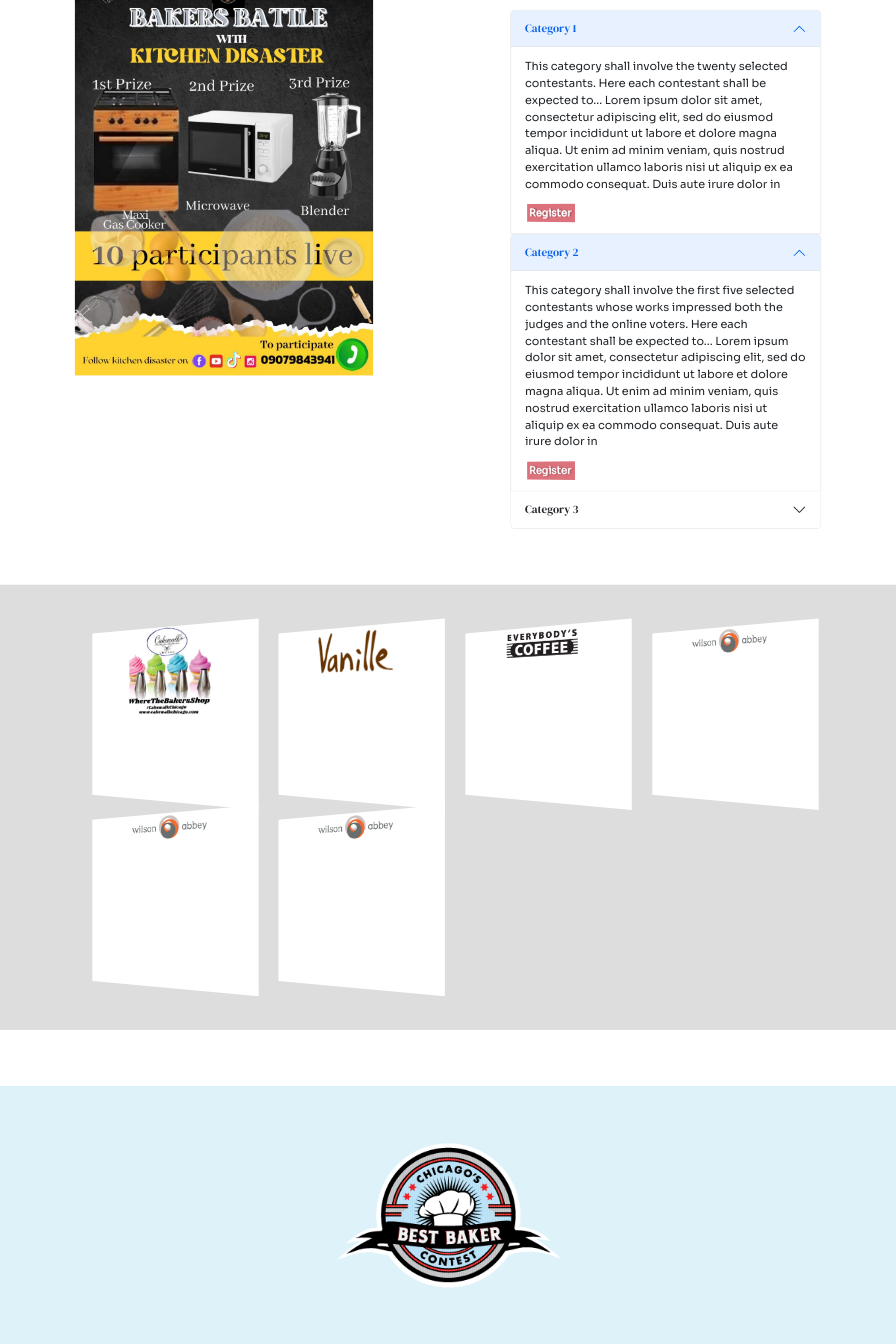
Repository: sarahnnanyelugo/bakers-battle
Page: /
These files come from the project's save history. The page is drawn as it stood at one moment and after the next save; the edit follows.
The browser window is 1280 px wide. The pictures show the part of the page from y = 2176 to 4096 px (the page is 4096 px tall), at 70% of full size.
The project was rebuilt for these pictures with package versions that can differ from the ones it lists, and the page was loaded fresh each time. Also part of the build but not shown: src/components/ScreenSlide/slide.scss, src/components/ScreenSlide/ScreenSlide.js.

Above is the page before, as saved 2024-07-08 23:34:33.

### src/App.js
import logo from "./logo.svg";
import "./App.scss";
import "bootstrap/dist/css/bootstrap.min.css";
import { BrowserRouter, Routes, Route, Link, Outlet } from "react-router-dom";
import { Home } from "./pages/Home/Home";
import { Navbar } from "./components/Navbar/Navbar";
import { Footer } from "./components/Footer/Footer";
function App() {
  return (
    <>
      <Navbar />
      <Routes>
        <Route path="/" element={<Home />} />{" "}
      </Routes>
      <Footer />
    </>
  );
}

export default App;

### src/App.scss
.app-btn {
  color: #fff;
  background: #dc727c;
  padding: 5px 30px;
  border-radius: 10px;
  border: solid 4px #dc727c;
  font-size: 30px;
  &:hover {
    color: #dc727c;
    background: #fff;
    transition: 0.5s ease;
  }
}

.button-92 {
  --c: #fff;

  background: linear-gradient(90deg, #0000 33%, #fff5, #0000 67%)
      var(--_p, 100%) / 300% no-repeat,
    #dc727c;

  color: #0000;
  border: none;
  transform: perspective(500px) rotateY(calc(20deg * var(--_i, -1)));
  text-shadow: calc(var(--_i, -1) * 0.08em) -0.01em 0 var(--c),
    calc(var(--_i, -1) * -0.08em) 0.01em 2px #0004;
  outline-offset: 0.1em;
  transition: 0.3s;
}

.button-92:hover,
.button-92:focus-visible {
  --_p: 0%;
  --_i: 1;
}

.button-92:active {
  text-shadow: none;
  color: var(--c);
  box-shadow: inset 0 0 9e9Q #0005;
  transition: 0s;
}

.button-92 {
  font-weight: bold;
  font-size: 2rem;
  margin: 0;
  cursor: pointer;
  padding: 0.1em 0.3em;
}

.button-48 {
  appearance: none;
  background-color: #ffffff;
  border-width: 0;
  box-sizing: border-box;
  color: #000000;
  cursor: pointer;
  display: inline-block;
  font-size: 14px;
  font-weight: 500;
  letter-spacing: 0;
  line-height: 1em;
  margin: 0;
  opacity: 1;
  outline: 0;
  padding: 1.5em 4px;
  position: relative;
  text-align: center;
  text-decoration: none;
  text-rendering: geometricprecision;
  text-transform: uppercase;
  transition: opacity 300ms cubic-bezier(0.694, 0, 0.335, 1),
    background-color 100ms cubic-bezier(0.694, 0, 0.335, 1),
    color 100ms cubic-bezier(0.694, 0, 0.335, 1);
  user-select: none;
  -webkit-user-select: none;
  touch-action: manipulation;
  vertical-align: baseline;
  white-space: nowrap;
}

.button-48:before {
  animation: opacityFallbackOut 0.5s step-end forwards;
  backface-visibility: hidden;
  background-color: #ebebeb;
  clip-path: polygon(-1% 0, 0 0, -25% 100%, -1% 100%);
  content: "";
  height: 100%;
  left: 0;
  position: absolute;
  top: 0;
  transform: translateZ(0);
  transition: clip-path 0.5s cubic-bezier(0.165, 0.84, 0.44, 1),
    -webkit-clip-path 0.5s cubic-bezier(0.165, 0.84, 0.44, 1);
  width: 100%;
}

.button-48:hover:before {
  animation: opacityFallbackIn 0s step-start forwards;
  clip-path: polygon(0 0, 101% 0, 101% 101%, 0 101%);
}

.button-48:after {
  background-color: #ffffff;
}

.button-48 span {
  z-index: 1;
  position: relative;
}
@font-face {
  font-family: SoraM;
  src: url(./assets/fonts/sora/Sora-Medium.ttf);
}
@font-face {
  font-family: SoraB;
  src: url(./assets/fonts/sora/Sora-Bold.ttf);
}
@font-face {
  font-family: SoraEB;
  src: url(./assets/fonts/sora/Sora-ExtraBold.ttf);
}
@font-face {
  font-family: SoraR;
  src: url(./assets/fonts/sora/Sora-Regular.ttf);
}
@font-face {
  font-family: SoraSB;
  src: url(./assets/fonts/sora/Sora-SemiBold.ttf);
}
@font-face {
  font-family: SoraL;
  src: url(./assets/fonts/sora/Sora-Light.ttf);
}
@font-face {
  font-family: SerifR;
  src: url(./assets/fonts/serif/DMSerifDisplay-Regular.ttf);
}
@font-face {
  font-family: SerifI;
  src: url(./assets/fonts/serif/DMSerifDisplay-Italic.ttf);
}
h1,
h2,
h3,
h4,
h5,
h6 {
  font-family: SerifR;
}

p,
li,
a,
small {
  font-family: SoraR;
}
button {
  font-family: SoraSB;
}

### src/pages/Home/Home.js
import React from "react";
import { Link } from "react-router-dom";
import Host from "../../assets/images/host.jpg";
import { ScreenSlide } from "../../components/ScreenSlide/ScreenSlide";
import "./home.scss";
import Accordion from "react-bootstrap/Accordion";
import Flier from "../../assets/images/flier1.jpeg";
import Sponsor1 from "../../assets/images/sponsor1.jpg";
import Sponsor2 from "../../assets/images/sponsor2.png";
import Sponsor3 from "../../assets/images/sponsor3.png";
import Sponsor4 from "../../assets/images/sponsor4.png";
import Sponsor5 from "../../assets/images/sponsor5.png";
import Sponsor6 from "../../assets/images/sponsor6.png";

export const Home = () => {
  return (
    <>
      <div className="home-div"></div>
      {/* <ScreenSlide /> */}
      <div className="d-md-flex about-div col-md-10 offset-md-1">
        <div className="col-md-6">
          <div className="col-md-11">
            {" "}
            <h3>
              Welcome to Bakers Battle, where the best amateur bakers in Nigeria
              compete for the title of Kitchen Disaster’s Best Baker!
            </h3>
            <br />
            <h3>The Contest</h3>
            <p>
              Join us on Saturday, July 20, 2024, at 2 p.m., in the Auditorium
              at the Mainland to discover whose bakes have won! The event will
              be free and open to the public.
            </p>
            <p>
              Attendance at the event is free, and passes for tastings after the
              winners are announced.
            </p>
            <p>
              There are three categories in the competition and the winners of
              each category will be awarded first, second, and third prizes in
              their category. Any baker who enters two or more categories will
              be entered in the Lagos’ Best Baker Contest and the winner will be
              chosen based on their overall scores. As an added treat, attendees
              can sign up to taste the entries in each category.
            </p>
            <p>
              we're switching out our International Category for a new category,
              called the Heirloom Recipe Category! The Heirloom Recipe Category
              is where you can enter your grandma's scones, or the chocolate
              cake that has helped your family celebrate every milestone in your
              family since 1956. It could also be the turnovers that you hope to
              pass down in your family someday - your own heirloom recipe. We're
              especially hoping to hear the stories behind these recipes, and
              maybe even to meet your grandma at the contest!
              <button class="button-48" role="button">
                <span class="text">Read more</span>
              </button>
            </p>
            <p>
              Kitchen Disaster's Best Baker Contest was launched as a way to
              gather people from all over the city of Lagos to celebrate the
              diverse and exacting bakers who call Lagos their home. Since there
              is no county fair for Cook County, amateur bakers in the city
              haven't had a chance to compete with and learn from each other on
              a local stage ... until now. Come see why we think Kitchen
              Disaster's bakers are the best!
            </p>{" "}
            <p>
              For rules, view
              <Link class="button-48" role="button">
                <span class="text">registration and rules</span>
              </Link>
              Questions? Comments? Email us at{" "}
              <Link class="button-48" role="button">
                <span class="text">bakersbattle@gmail.com</span>
              </Link>{" "}
            </p>
            <Link to={"/registration"}>
              {" "}
              <button class="button-92" role="button">
                Register
              </button>
            </Link>
          </div>
        </div>
        <div className="col-md-6">
          <img src={Host} width="100%" />
        </div>
      </div>
      <div className="offset-md-1 col-md-10 " style={{ marginTop: "70px" }}>
        <div className="d-md-flex">
          <div className="col-md-6">
            {" "}
            <img
              className="img  offset-md-"
              src={Flier}
              alt="Scholar"
              width="80%"
            />
          </div>{" "}
          <div className="col-md-5 offset-md-1">
            {" "}
            <h3>The Categories</h3>
            <p>There are three main categories to this competition</p>
            <Accordion defaultActiveKey="0">
              <Accordion.Item eventKey="0">
                <Accordion.Header>Category 1</Accordion.Header>
                <Accordion.Body>
                  <p>
                    {" "}
                    This category shall involve the twenty selected contestants.
                    Here each contestant shall be expected to... Lorem ipsum
                    dolor sit amet, consectetur adipiscing elit, sed do eiusmod
                    tempor incididunt ut labore et dolore magna aliqua. Ut enim
                    ad minim veniam, quis nostrud exercitation ullamco laboris
                    nisi ut aliquip ex ea commodo consequat. Duis aute irure
                    dolor in
                  </p>
                  <Link to={"/registration"}>
                    {" "}
                    <button
                      class="button-92"
                      role="button"
                      style={{ fontSize: "15px" }}
                    >
                      Register
                    </button>
                  </Link>
                </Accordion.Body>
              </Accordion.Item>
              <Accordion defaultActiveKey="0">
                <Accordion.Item eventKey="0">
                  <Accordion.Header>Category 2</Accordion.Header>
                  <Accordion.Body>
                    <p>
                      {" "}
                      This category shall involve the first five selected
                      contestants whose works impressed both the judges and the
                      online voters. Here each contestant shall be expected
                      to... Lorem ipsum dolor sit amet, consectetur adipiscing
                      elit, sed do eiusmod tempor incididunt ut labore et dolore
                      magna aliqua. Ut enim ad minim veniam, quis nostrud
                      exercitation ullamco laboris nisi ut aliquip ex ea commodo
                      consequat. Duis aute irure dolor in
                    </p>
                    <Link to={"/registration"}>
                      {" "}
                      <button
                        class="button-92"
                        role="button"
                        style={{ fontSize: "15px" }}
                      >
                        Register
                      </button>
                    </Link>
                  </Accordion.Body>
                </Accordion.Item>
                <Accordion.Item eventKey="1">
                  <Accordion.Header>Category 3</Accordion.Header>
                  <Accordion.Body>
                    <p>
                      {" "}
                      This is the final category. It shall involve the first
                      three contestants from category2 . <br />
                      <br />
                      <span style={{ color: "red" }}>
                        {" "}
                        NOTE: WHAT TO BE BAKED ON THIS CATEGORY SHALL BE UNKNOWN
                        TILL THE LAST MINUTE!{" "}
                      </span>
                      <br />
                      <br />
                      come prepared for the unexpected!... <br />
                      Lorem ipsum dolor sit amet, consectetur adipiscing elit,
                      sed do eiusmod tempor incididunt ut labore et dolore magna
                      aliqua. Ut enim ad minim veniam, quis nostrud exercitation
                      ullamco laboris nisi ut aliquip ex ea commodo consequat.
                      Duis aute irure dolor in
                    </p>
                    <Link to={"/registration"}>
                      {" "}
                      <button
                        class="button-92"
                        role="button"
                        style={{ fontSize: "15px" }}
                      >
                        Register
                      </button>
                    </Link>
                  </Accordion.Body>
                </Accordion.Item>
              </Accordion>
            </Accordion>
          </div>
        </div>
      </div>

      <div className="col-md-12 sponsors-div">
        <div className="col-md-10 offset-md-1  d-md-flex row row-cols-2 row-cols-lg-4 g-2 g-lg-3">
          <div className="col">
            <div className="sponsors">
              <center>
                {" "}
                <img
                  className="img  offset-md-"
                  src={Sponsor1}
                  alt="Scholar"
                  width="50%"
                />
              </center>
            </div>
          </div>
          <div className="col">
            <div className="sponsors">
              {" "}
              <center>
                {" "}
                <img
                  className="img  offset-md-"
                  src={Sponsor2}
                  alt="Scholar"
                  width="50%"
                />
              </center>
            </div>
          </div>
          <div className="col">
            <div className="sponsors">
              {" "}
              <center>
                {" "}
                <img
                  className="img  offset-md-"
                  src={Sponsor3}
                  alt="Scholar"
                  width="50%"
                />
              </center>
            </div>
          </div>
          <div className="col">
            <div className="sponsors">
              {" "}
              <center>
                {" "}
                <img
                  className="img  offset-md-"
                  src={Sponsor4}
                  alt="Scholar"
                  width="50%"
                />
              </center>
            </div>
          </div>{" "}
          <div className="col">
            <div className="sponsors">
              {" "}
              <center>
                {" "}
                <img
                  className="img  offset-md-"
                  src={Sponsor4}
                  alt="Scholar"
                  width="50%"
                />
              </center>
            </div>
          </div>{" "}
          <div className="col">
            <div className="sponsors">
              {" "}
              <center>
                {" "}
                <img
                  className="img  offset-md-"
                  src={Sponsor4}
                  alt="Scholar"
                  width="50%"
                />
              </center>
            </div>
          </div>
        </div>
      </div>
    </>
  );
};

### src/components/Navbar/Navbar.js
import React, { useState } from "react";
import "./navbar.scss";
import Logo from "../../assets/images/logo.png";
import Flier from "../../assets/images/flier2.jpeg";
export const Navbar = () => {
  const [isOpen, setIsOpen] = useState(false);
  const [hoveredElement, setHoveredElement] = useState(null);

  const toggleMenu = () => {
    setIsOpen(!isOpen);
  };

  const handleMouseEnter = (index) => {
    setHoveredElement(index);
  };

  const handleMouseLeave = () => {
    setHoveredElement(null);
  };

  return (
    <>
      <div style={{ height: "30px", background: "#DC727C" }} />
      <div style={{ height: "10px", background: "#DEF2FA" }} />
      <main>
        <img
          className="img"
          src={Logo}
          alt="Scholar"
          width="164px"
          height="110px"
        />
        <center>
          {" "}
          <h1 style={{ color: "#7BD6F5", fontSize: "90px" }}>
            <em>BAKERS BATTLE!</em>
          </h1>
        </center>

        <input type="checkbox" id="myInput" />
        <label for="myInput" className="offset-md-11 tog">
          <span class="bar top"></span>
          <span class="bar middle"></span>
          <span class="bar bottom"></span>
        </label>

        <aside>
          <div class="aside-section aside-left col-md-4">
            <div class="aside-content">
              <img
                className="img col-md-12 offset-md-"
                src={Flier}
                alt="Scholar"
                width="100%"
              />
            </div>
          </div>
          <div class="aside-section aside-right col-md-8">
            <ul class="aside-list">
              <li>
                <a href="" class="aside-anchor">
                  HOME
                </a>
              </li>
              <li>
                <a href="" class="aside-anchor">
                  ABOUT
                </a>
              </li>
              <li>
                <a href="" class="aside-anchor">
                  FAQs
                </a>
              </li>
              <li>
                <a href="" class="aside-anchor">
                  SPONSORS
                </a>
              </li>{" "}
              <li>
                <a href="" class="aside-anchor">
                  CONTACT
                </a>
              </li>
              <li>
                <a href="" class="aside-anchor">
                  REGISTER
                </a>
              </li>
            </ul>
          </div>
        </aside>
      </main>
    </>
  );
};

### src/components/Footer/Footer.js
import React from "react";
import "./footer.scss";
import Logo from "../../assets/images/logo.png";
export const Footer = () => {
  return (
    <footer>
      <center>
        <div className="col-md-3">
          <img className="img" src={Logo} alt="Scholar" width="100%" />
        </div>
      </center>
    </footer>
  );
};

### src/pages/Home/home.scss
.home-div {
  height: 700px;
  //   background: url("../../assets/images/landing.webp");
  background: url("../../assets/images/landing4.jpg");
  margin-top: -800px;
  background-size: cover;
  background-repeat: no-repeat;
  background-position: center;
}
.about-div {
  margin-top: 100px;
}

.sponsors-div {
  margin-top: 80px;
  padding-top: 60px;
  padding-bottom: 60px;
  background: rgb(221, 221, 221);
  .sponsors {
    height: 250px;
    background: #fff;
    background: linear-gradient(90deg, #0000 33%, #fff5, #0000 67%)
        var(--_p, 100%) / 300% no-repeat,
      #fff;
    transform: perspective(500px) rotateY(calc(20deg * var(--_i, -1)));
    text-shadow: calc(var(--_i, -1) * 0.08em) -0.01em 0 var(--c),
      calc(var(--_i, -1) * -0.08em) 0.01em 2px #0004;
    outline-offset: 0.1em;
    &:hover {
      --_p: 0%;
      --_i: 1;
    }
  }
}

### src/components/Navbar/navbar.scss
@import url("https://fonts.googleapis.com/css?family=Montserrat");

main {
  height: 800px;
  position: relative;
  overflow: hidden;
}

.aside-section {
  top: 0;
  bottom: 0;
  position: absolute;
}

.aside-left {
  display: none;
  width: 40%;
  left: 0;
  background: #dc727c;

  -webkit-transform: translateY(-100%);
  -moz-transform: translateY(-100%);
  -ms-transform: translateY(-100%);
  -o-transform: translateY(-100%);
  transform: translateY(-100%);
  transition: transform 0.9s ease-in-out;
}

.aside-right {
  width: 100%;
  right: 0;
  background-color: #def2fa;
  -webkit-transform: translateX(100%);
  -moz-transform: translateX(100%);
  -ms-transform: translateX(100%);
  -o-transform: translateX(100%);
  transform: translateX(100%);
  transition: transform 0.9s ease-in-out;
}

.aside-list {
  list-style: none;
  padding: 0;
  margin: 0;
  margin-top: 150px;
  text-align: left;
  padding-left: 50px;
}

.aside-content {
  //   margin-top: 150px;
  padding: 0 40px;
  position: relative;
  color: white;
  text-align: center;
}

.aside-list li {
  margin-bottom: 20px;
}

.aside-anchor::after {
  content: "";
  position: absolute;
  bottom: 0;
  background-color: #ff5964;
  left: 0;
  right: 0;
  height: 6px;
  border-radius: 6px;
}

.aside-anchor::before {
  border-radius: 3px;
  content: "";
  position: absolute;
  bottom: 0;
  background-color: rgb(9, 1, 1);
  left: 0;
  height: 6px;
  z-index: 1;
  width: 50%;
  -webkit-transition: transform 0.2s ease-in-out;
  -o-transition: transform 0.2s ease-in-out;
  transition: transform 0.2s ease-in-out;
}

.aside-anchor:hover:before {
  -webkit-transform: translateX(100%);
  -moz-transform: translateX(100%);
  -ms-transform: translateX(100%);
  -o-transform: translateX(100%);
  transform: translateX(100%);
}

.aside-anchor {
  padding-bottom: 7px;
  color: rgb(14, 14, 14);
  text-decoration: none;
  font-size: 30px;
  position: relative;
  font-weight: 500;
}

input[type="checkbox"] {
  display: none;
}

input[type="checkbox"]:checked ~ aside .aside-left {
  transform: translateY(0%);
}

input[type="checkbox"]:checked ~ aside .aside-right {
  transform: translateX(0%);
}

input[type="checkbox"]:checked ~ label .bar {
  background-color: #fff;
}

input[type="checkbox"]:checked ~ label .top {
  -webkit-transform: translateY(0px) rotateZ(45deg);
  -moz-transform: translateY(0px) rotateZ(45deg);
  -ms-transform: translateY(0px) rotateZ(45deg);
  -o-transform: translateY(0px) rotateZ(45deg);
  transform: translateY(0px) rotateZ(45deg);
}

input[type="checkbox"]:checked ~ label .bottom {
  -webkit-transform: translateY(-15px) rotateZ(-45deg);
  -moz-transform: translateY(-15px) rotateZ(-45deg);
  -ms-transform: translateY(-15px) rotateZ(-45deg);
  -o-transform: translateY(-15px) rotateZ(-45deg);
  transform: translateY(-15px) rotateZ(-45deg);
}

input[type="checkbox"]:checked ~ label .middle {
  width: 0;
}

.middle {
  margin: 0 auto;
}

label {
  top: 40px;
  display: inline-block;
  padding: 10px 10px;
  background-color: transparent;
  cursor: pointer;
  margin: 10px;
  z-index: 3;
  position: fixed;
}

.bar {
  display: block;
  background-color: #fff;
  width: 30px;
  height: 3px;
  border-radius: 5px;
  margin: 5px auto;
  transition: background-color 0.4s ease-in, transform 0.4s ease-in,
    width 0.4s ease-in;
}

@media (min-width: 992px) {
  h1 {
    font-size: 40px;
  }
  .aside-left {
    display: block;
  }

  .aside-right {
    width: 60%;
  }
}
.tog {
  height: 50px;
  width: 50px;
  border: solid 1px #be3520;
  background: #be3520;
  border-radius: 50%;
}

### src/components/Footer/footer.scss
footer {
  background: #def2fa;
  padding-top: 80px;
  padding-bottom: 80px;
  margin-top: 80px;
}

Loaded but not shown: public/index.html (common file); src/index.js (common file); src/index.css (common file); src/reportWebVitals.js (common file)

After the next save:
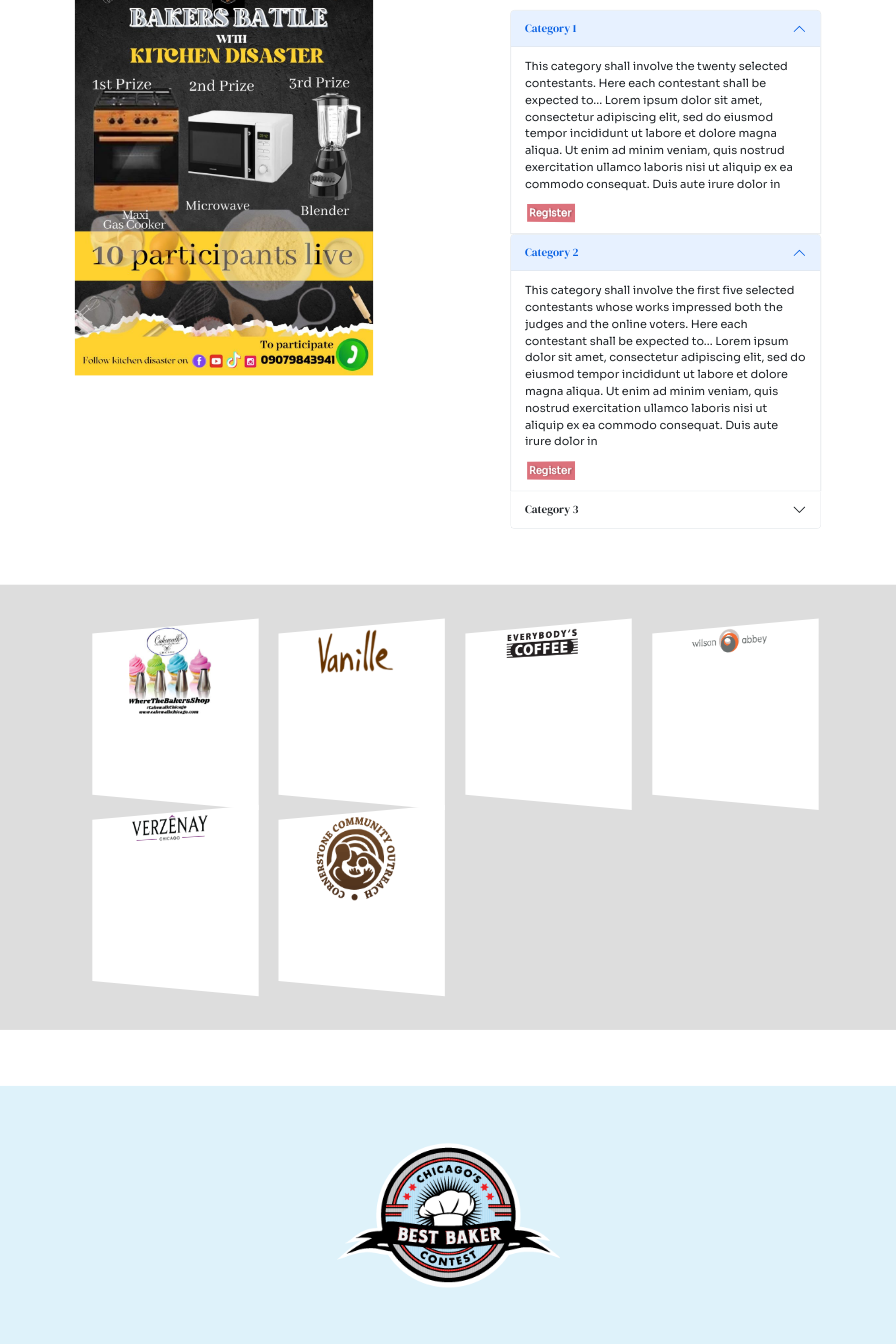
Saved 12 s later.
--- a/src/pages/Home/Home.js
+++ b/src/pages/Home/Home.js
@@ -260,7 +260,7 @@
                 {" "}
                 <img
                   className="img  offset-md-"
-                  src={Sponsor4}
+                  src={Sponsor5}
                   alt="Scholar"
                   width="50%"
                 />
@@ -274,7 +274,7 @@
                 {" "}
                 <img
                   className="img  offset-md-"
-                  src={Sponsor4}
+                  src={Sponsor6}
                   alt="Scholar"
                   width="50%"
                 />
